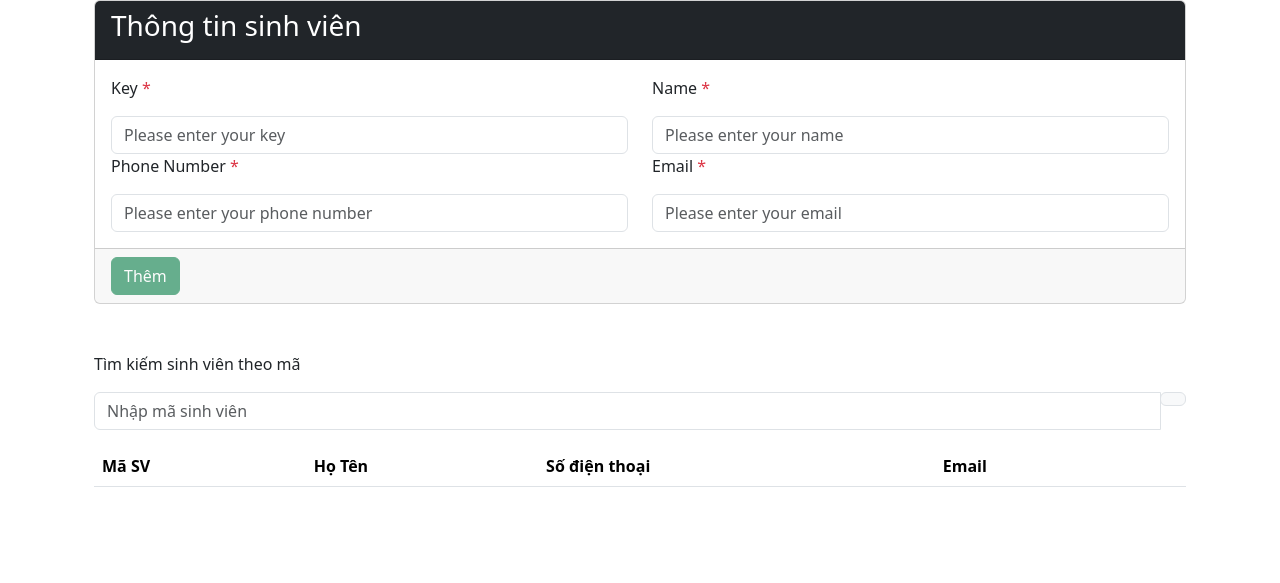
Repository: KhoiNguyen77/BT_REACT_FORM
Page: /
An editor plug-in stored every save of this project. The page is shown before and after the next save, followed by the edit.
The browser window is 1280 px wide. The pictures show the whole page.
The project was rebuilt for these pictures with package versions that can differ from the ones it lists, and the page was loaded fresh each time.

Above is the page before, as saved 2023-05-29 10:39:36.

### src/FormComponent/Form.jsx
import React, { Component } from 'react'
import InputField from './InputField'
import TableField from './TableField'

export default class Form extends Component {
    state = {
        students: [],
        student: {},
        display: "",
        updateDisplay: "none"
    }
    add = (student) => {
        const students = [...this.state.students];
        students.push(student);
        this.setState({
            students: students
        })
    }
    delete = (key) => {
        const students = [...this.state.students];
        const findIndex = students.findIndex(student => student.key == key)
        if (findIndex != -1) {
            students.splice(findIndex, 1)
        }
        this.setState({
            students: students
        })
    }
    edit = (key) => {
        const students = [...this.state.students];
        const student = students.find(student => student.key == key)
        if (student) {
            this.setState({
                student: student,
                display: "none",
                updateDisplay: ""
            })
        }
        for (let key in student) {
            document.querySelector(`#${key}`).value = student[key]
            if (key == "key") {
                document.querySelector(`#${key}`).disabled = true;
            }
        }
    }

    update = updatedStudent => {
        const students = [...this.state.students];
        const student = students.find(student => student.key == updatedStudent.key)
        for (let key in student) {
            student[key] = updatedStudent[key];
        }
        this.setState({
            students: students,
            display: "",
            updateDisplay: "none"
        })
    }
    render() {
        return (
            <div className='container'>
                <InputField add={this.add} students={this.state.students} student={this.state.student} update={this.update} display={this.state.display} updateDisplay={this.state.updateDisplay}></InputField>
                <TableField students={this.state.students} deleteStudent={this.delete} edit={this.edit}></TableField>
            </div>
        )
    }

    componentDidUpdate(prevProps, prevStates) {
        if (prevStates.students != this.state.students) {
            console.log("!");
            return true;
        } return false
    }
}

### src/FormComponent/InputField.jsx
import React, { Component, PureComponent } from 'react'

export default class InputField extends PureComponent {
    constructor(props) {
        super(props);
        this.state = {
            values: {
                key: 0,
                name: "",
                phoneNumber: 0,
                email: ''
            },
            errors: {
                key: "*",
                name: "*",
                phoneNumber: "*",
                email: "*"
            },
            Disabled: true,
            disabledEdit: true,
            display: "",
            updateDisplay: "none",
        }
    }
    UNSAFE_componentWillReceiveProps(nextProps) {
        console.log(this.state.values);
        if (nextProps.student !== this.state.values) {
            this.setState({
                values: nextProps.student,
                errors: {
                    key: "",
                    name: "",
                    phoneNumber: "",
                    email: ""
                },
                disabledEdit: true,
                display: nextProps.display,
                updateDisplay: nextProps.updateDisplay
            })
        }
    }
    handleInput = e => {
        const { students } = this.props;
        const { id, value, } = e.target;
        const inputValues = { ...this.state.values }
        const errors = { ...this.state.errors }
        let message = ""
        inputValues[id] = value;
        let dataType = e.target.getAttribute("data-type");
        // eslint-disable-next-line default-case
        switch (dataType) {
            case "letter": {
                let regexLetter = /^[a-zA-Z]+$/;
                if (!regexLetter.test(value)) {
                    message = id + ' must be letters';
                }
                break;
            }
            case "number": {
                let min = JSON.parse(e.target.getAttribute("min-maxLength"))[0];
                let max = JSON.parse(e.target.getAttribute("min-maxLength"))[1];
                if (value.length < min || value.length > max) {
                    message = id + ` must be from ${min} to ${max} length`
                }
                break;
            }
            // eslint-disable-next-line no-fallthrough
            case "email": {
                var mailformat = /^(([^<>()\[\]\\.,;:\s@"]+(\.[^<>()\[\]\\.,;:\s@"]+)*)|(".+"))@((\ [[0-9]{1,3}\.[0-9]{1,3}\.[0-9]{1,3}\.[0-9]{1,3}\])|(([a-zA-Z\-0-9]+\.)+[a-zA-Z]{2,}))$/
                if (!mailformat.test(value)) {
                    message = id + ' must be in correct form'
                    break;
                }
            }
        }
        if (e.target.getAttribute("uniqe")) {
            if (students.find(student => student.key == value)) {
                message = id + " has exists!";
            }
        }
        if (value.trim() == "") {
            message = id + " can't be blank";
        }
        errors[id] = message
        let result = this.checkValidForm(errors);
        this.setState({
            values: inputValues,
            errors: errors,
            Disabled: result,
            disabledEdit: false,
        })

    }
    checkValidForm = (errors) => {
        let output = false;
        for (let key in errors) {
            if (errors[key] !== "") {
                output = true;
                break
            }
        }
        return output
    }
    handleSubmit = e => {
        e.preventDefault();
        document.querySelector("form.card").reset();
        this.setState({
            values: {
                key: 0,
                name: "",
                phoneNumber: 0,
                email: ''
            },
            errors: {
                key: "*",
                name: "*",
                phoneNumber: "*",
                email: "*"
            },
            Disabled: true,
            updateDisplay: "none"
        })
        const { add } = this.props;
        add(this.state.values);
    }

    handleEdit = e => {
        e.preventDefault();
        document.querySelector("form.card").reset();
        this.setState({
            values: {
                key: 0,
                name: "",
                phoneNumber: 0,
                email: ''
            },
            errors: {
                key: "*",
                name: "*",
                phoneNumber: "*",
                email: "*"
            },
            Disabled: true,
            display: "",
            updateDisplay: "none"
        })
        document.querySelector("#key").disabled = false
        const { update } = this.props;
        update(this.state.values);
    }
    render() {
        return (
            <div className='container mb-5'>
                <form className='card'>
                    <div className="card-header bg-dark">
                        <h3 className='text-white'>Thông tin sinh viên</h3>
                    </div>
                    <div className="card-body">
                        <div className="row">
                            <div className="col-6">
                                <p className='d-inline-block'>Key</p> <span className='text-danger'>{this.state.errors.key}</span>
                                <input type="number" id='key' uniqe="id" min-maxLength="[3,5]" data-type="number" className='form-control' onChange={this.handleInput} placeholder='Please enter your key' />
                            </div>
                            <div className="col-6">
                                <p className='d-inline-block' >Name</p> <span className='text-danger'>{this.state.errors.name}</span>
                                <input type="text" id='name' data-type="letter" className='form-control' onChange={this.handleInput} placeholder='Please enter your name' />
                            </div>
                        </div>
                        <div className="row">
                            <div className="col-6">
                                <p className='d-inline-block'>Phone Number</p> <span className='text-danger'>{this.state.errors.phoneNumber}</span>
                                <input type="number" id='phoneNumber' className='form-control' min-maxLength="[8,10]" data-type="number" onChange={this.handleInput} placeholder='Please enter your phone number' />
                            </div>
                            <div className="col-6">
                                <p className='d-inline-block'>Email</p> <span className='text-danger'>{this.state.errors.email}</span>
                                <input type="email" id='email' className='form-control' onChange={this.handleInput} data-type="email" placeholder='Please enter your email' />
                            </div>
                        </div>
                    </div>
                    <div className="card-footer">
                        <button type='submit' onClick={this.handleSubmit} className='btn btn-success' disabled={this.state.Disabled} style={{ display: this.state.display }}>Thêm</button>
                        <button type='submit' className='btn btn-primary mx-2' disabled={this.state.disabledEdit} onClick={this.handleEdit} style={{ display: this.state.updateDisplay }} >Update</button>
                    </div>
                </form>
            </div>
        )
    }
}

### src/FormComponent/TableField.jsx
import React, { Component, useState } from 'react'

export default class TableField extends Component {
    constructor(props) {
        super(props)
        this.state = {
            students: []
        }
    }
    handleInput = e => {
        let inputValue = e.target.value
        let result = [];
        const { students } = this.props;
        let cloneStudents = [...students];
        cloneStudents.filter(student => {
            if (student.key == inputValue) {
                result.push(student)
            }
            return result
        })
        console.log(result);
    }
    render() {
        const { students, deleteStudent, edit } = this.props;
        return (
            <div className='container'>
                <div class="row mb-3">
                    <div class="col">
                        <div>
                            <p>Tìm kiếm sinh viên theo mã</p>
                            <div className="input-group">
                                <input type="text" className="form-control" placeholder="Nhập mã sinh viên" id="searchName" onChange={this.handleInput} />
                                <div className="input-group-prepend">
                                    <span className="input-group-text" id="btnSearch"><i className="fa fa-search" /></span>
                                </div>
                            </div>
                        </div>

                    </div>
                </div>
                <table className='table'>
                    <thead>
                        <tr>
                            <th>Mã SV</th>
                            <th>Họ Tên</th>
                            <th>Số điện thoại</th>
                            <th>Email</th>
                            <th></th>
                        </tr>
                    </thead>
                    <tbody>
                        {students.map(student => {
                            return <tr>
                                <td>{student.key}</td>
                                <td>{student.name}</td>
                                <td>{student.phoneNumber}</td>
                                <td>{student.email}</td>
                                <td>
                                    <button className='btn btn-primary mx-3' onClick={() => {
                                        edit(student.key)
                                    }}>Edit</button>
                                    <button className='btn btn-danger' onClick={() => {
                                        deleteStudent(student.key)
                                    }}>Delete</button>
                                </td>
                            </tr>
                        })}
                    </tbody>
                </table>
            </div>
        )
    }
}

### src/FormComponent/Result.jsx
import React, { Component } from 'react'

export default class extends Component {
    render() {
        return (
            <table className='table'>
                <thead>
                    <tr>
                        <th>Mã SV</th>
                        <th>Họ Tên</th>
                        <th>Số điện thoại</th>
                        <th>Email</th>
                        <th></th>
                    </tr>
                </thead>
                <tbody>

                </tbody>
            </table>
        )
    }
}

Loaded but not shown: public/index.html (common file); src/index.js (common file)

After the next save:
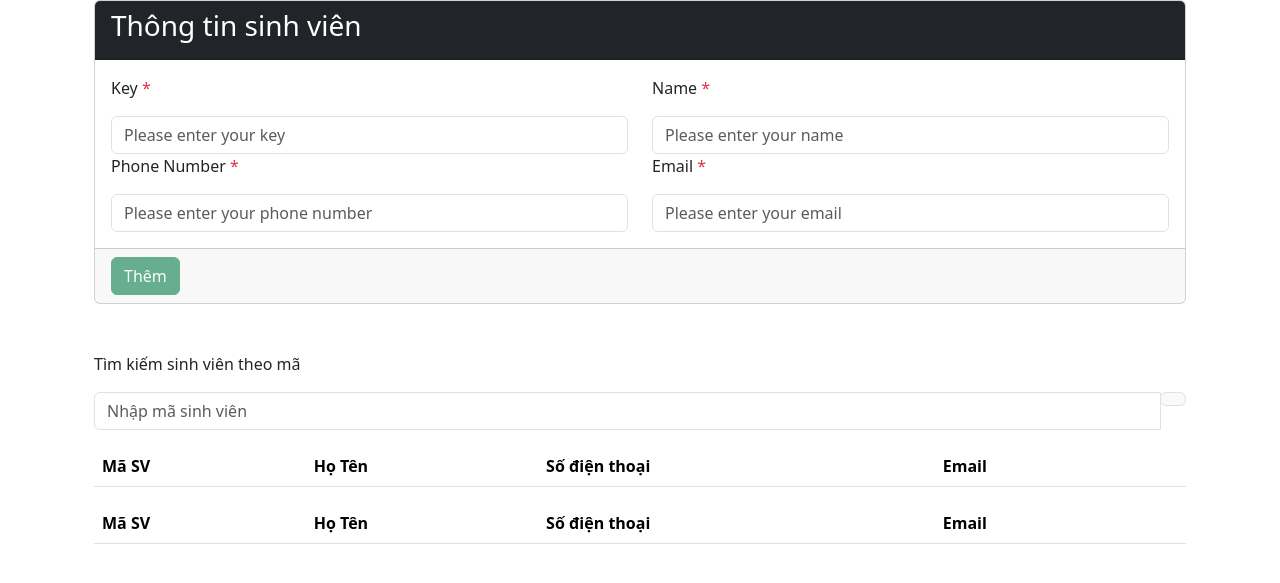
Saved 11 s later.
--- a/src/FormComponent/TableField.jsx
+++ b/src/FormComponent/TableField.jsx
@@ -1,4 +1,5 @@
 import React, { Component, useState } from 'react'
+import Result from './Result'
 
 export default class TableField extends Component {
     constructor(props) {
@@ -67,6 +68,7 @@ export default class TableField extends Component {
                         })}
                     </tbody>
                 </table>
+                <Result></Result>
             </div>
         )
     }
